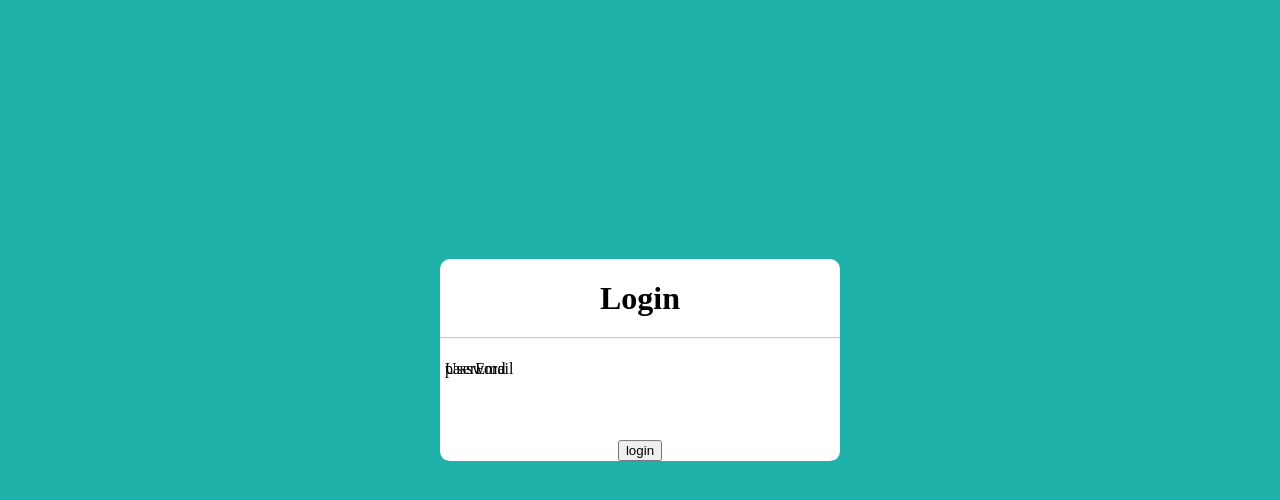
Repository: Aref19/eshop_frontEnd
Page: /
The author's editor kept a copy of each file at every save. The page is drawn from the files as they stood at one save, then again after a run of saves.
The browser window is 1280 px wide. The pictures show the whole page.
The project was rebuilt for these pictures with package versions that can differ from the ones it lists, and the page was loaded fresh each time.

Above is the page before, as saved 2023-02-24 00:00:38.

After the next 8 saves:
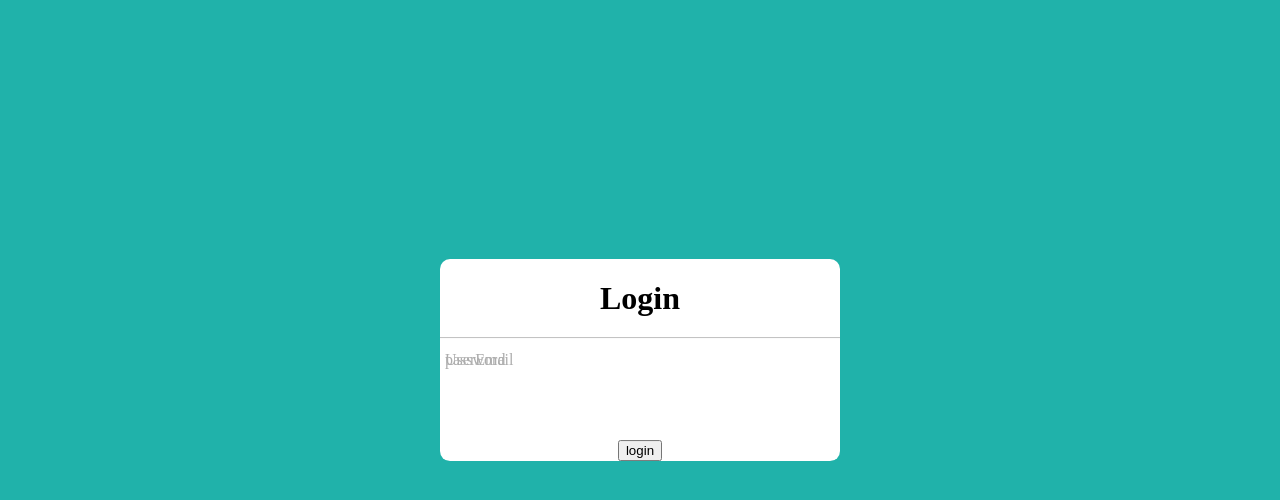
The 8 saves are shown as one change because they came seconds apart.
The last was saved 17 s later.
--- a/src/css/Login.css
+++ b/src/css/Login.css
@@ -52,5 +52,6 @@ form txt_field{
     position: absolute;
     top: 50%;
     left: 5px;
-    color: ;
+    color: #adadad;
+    transform: translateY(-50%);
 }
